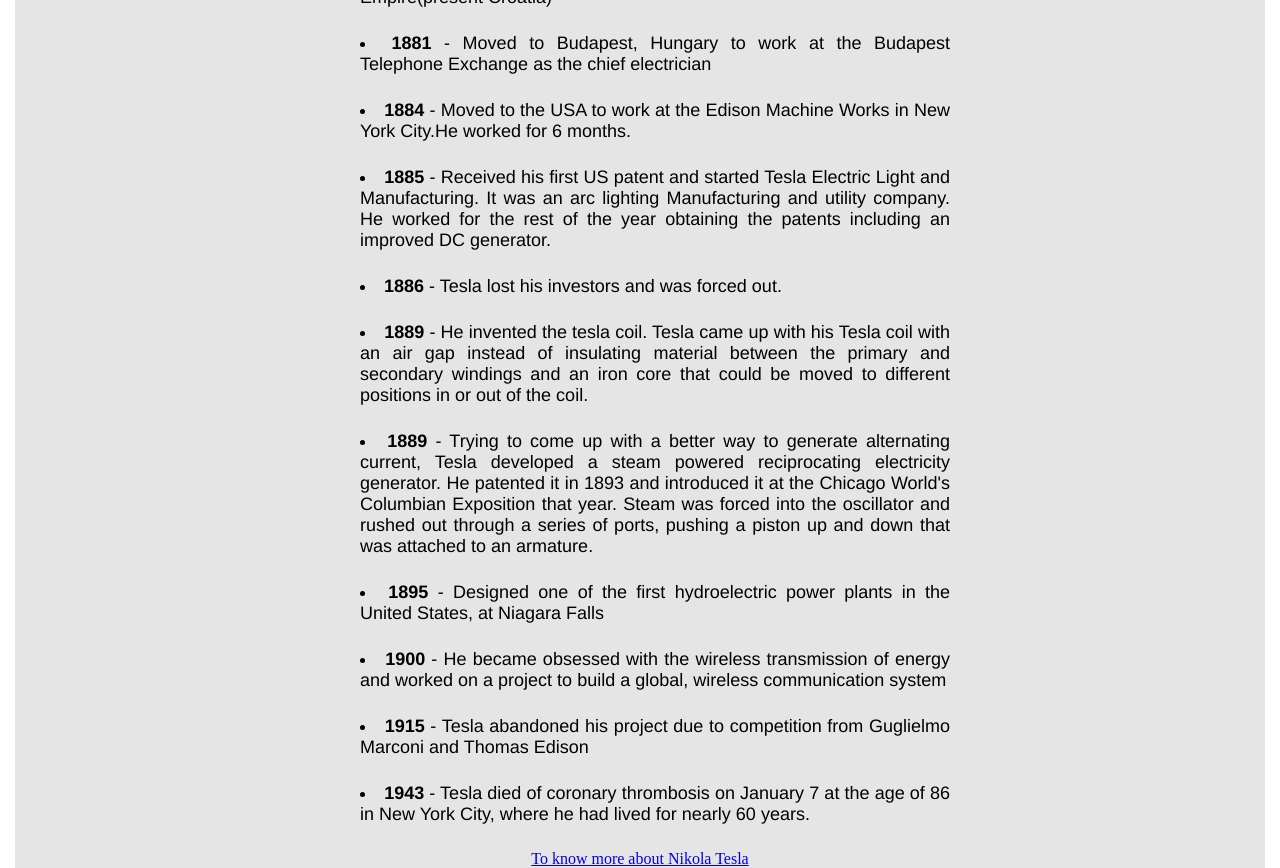
Repository: Avishka217/Tribute-Page
Page: index.html
An editor plug-in stored every save of this project. The page is shown before and after the next save, followed by the edit.
The browser window is 1280 px wide. The pictures show the part of the page from y = 760 to 1712 px (the page is 1628 px tall before and 1712 px after).
A picture or video elsewhere on the page could not be fetched, so the positions and the page height are approximate.

Above is the page before, as saved 2020-03-18 20:02:11.

After the next save:
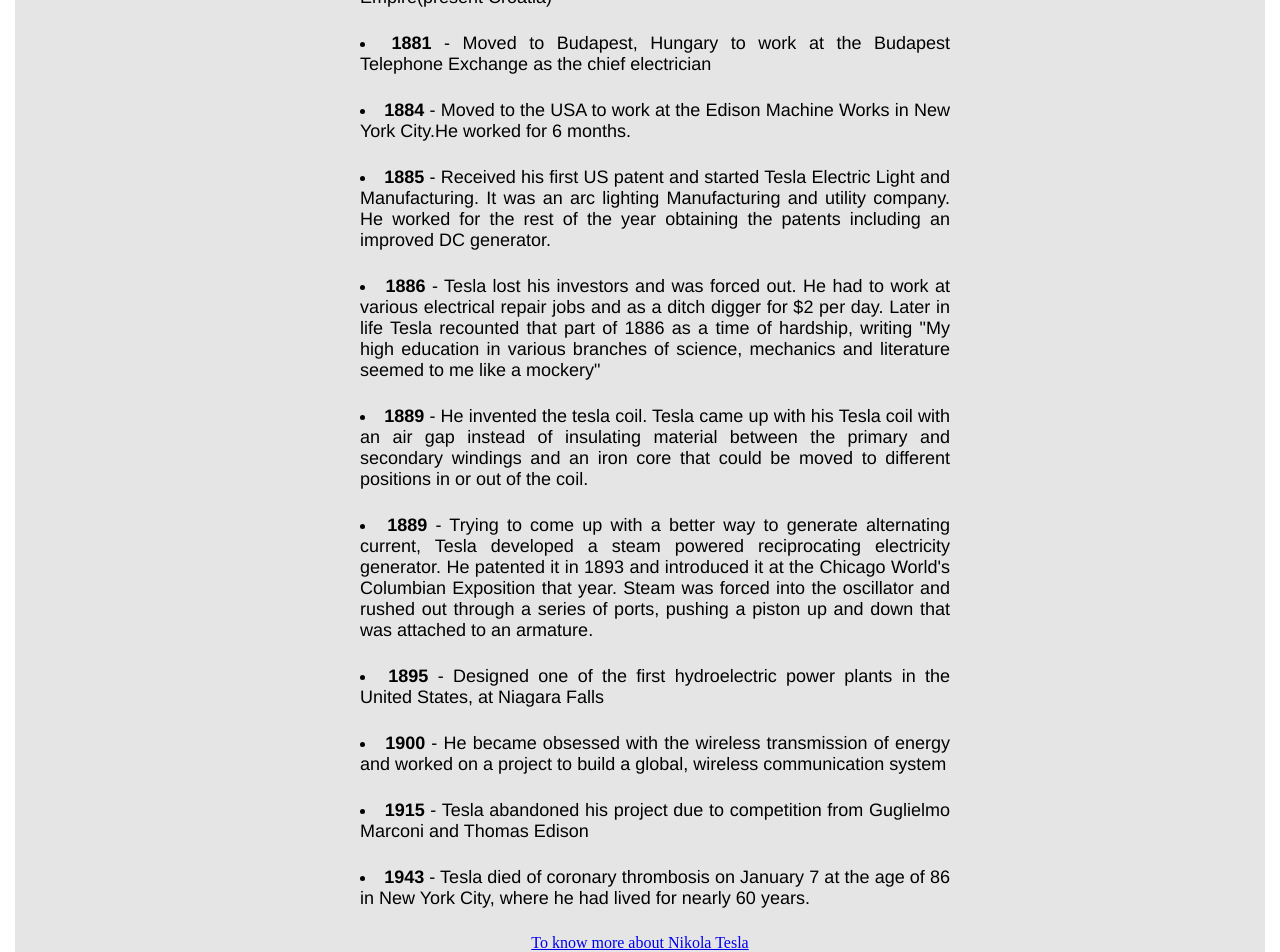
Saved 51 s later.
--- a/index.html
+++ b/index.html
@@ -40,7 +40,10 @@
                     was an arc lighting Manufacturing
                     and utility company. He worked for the rest of the year obtaining the patents including an improved
                     DC generator.</li>
-                <li><b>1886</b> - Tesla lost his investors and was forced out.</li>
+                <li><b>1886</b> - Tesla lost his investors and was forced out. He had to work at various electrical
+                    repair jobs and as a ditch digger for $2 per day. Later in life Tesla recounted that part of 1886 as
+                    a time of hardship, writing "My high education in various branches of science, mechanics and
+                    literature seemed to me like a mockery"</li>
                 <li><b>1889</b> - He invented the tesla coil. Tesla came up with his Tesla coil with an air gap instead
                     of insulating material between the primary and secondary windings and an iron core that could be
                     moved to different positions in or out of the coil.</li>
